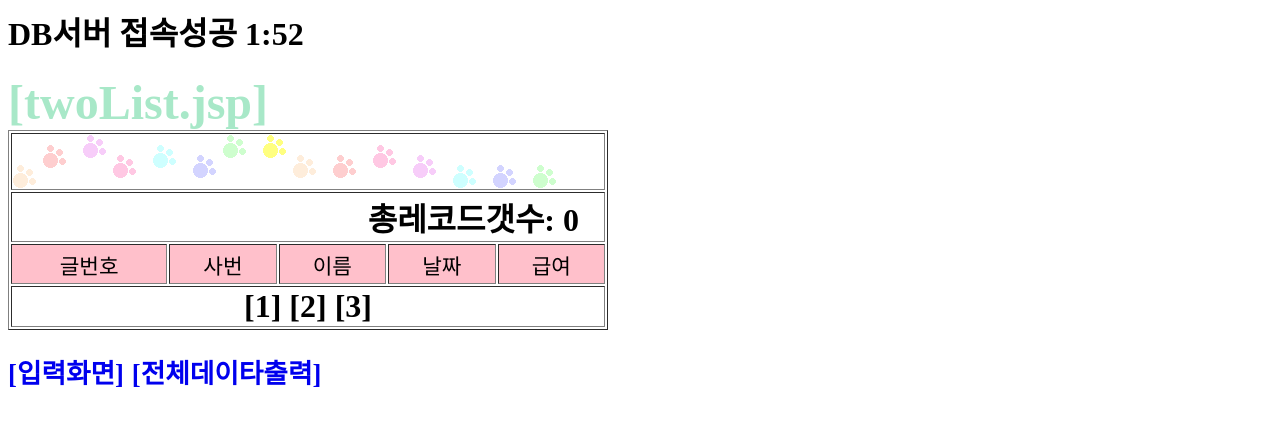
Repository: sorakazae/ITBANK_JSP_101
Page: http://localhost/Web0517/twoList.jsp
These files come from the project's save history. The page is drawn as it stood at one moment and after a run of saves; the edit follows.
The browser window is 1280 px wide. The pictures show the whole page.
The page is served by Tomcat 9. Queries for data that is not in the repository find no rows.

Above is the page before, as saved 2014-06-01 03:40:04.

After the next 4 saves:
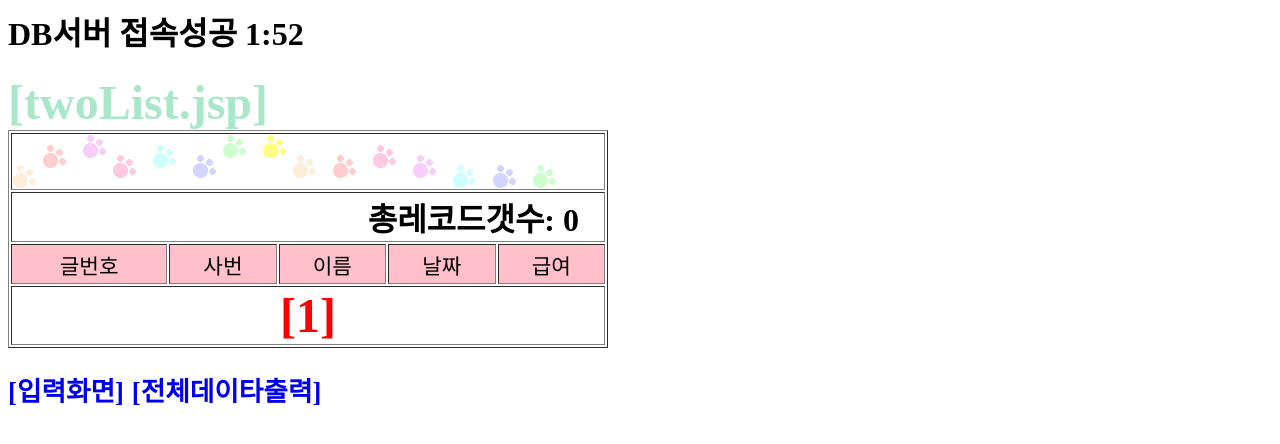
The 4 saves are shown as one change because 3 did not build or start.
The last was saved 53 min 30 s later.
--- a/day8/my/Web0517/WebContent/twoList.jsp
+++ b/day8/my/Web0517/WebContent/twoList.jsp
@@ -16,6 +16,8 @@
 	private int data1;//사번값 데이타값 받을 필드
 	private String data2;//이름 데이타값 받을 필드
 	private int data3;//급여 데이타값 받을 필드
+
+	private int startPage; //페이징구분에 시작페이지
 %>
 
 
@@ -29,6 +31,17 @@
 	}catch(Exception ex){
 		out.println("<h1>접속에러: "+ex.toString()+"</h1>");
 	}
+
+%>
+
+<%
+//06-01-일요일 < a href="twoList.jsp?pageNUM=2"> 이름 </a>
+String pnum=request.getParameter("pageNUM");
+if(pnum==null) pnum="1";
+int pageNUM=Integer.parseInt(pnum); // [2]클릭
+int pagesize=10; // [1][2]~[10]
+int limit=10; // 1~10씩 출력
+
 
 %>
 
@@ -57,6 +70,18 @@
 		   total=RS2.getInt("cnt");
 	   }
    }catch(Exception ex){}
+
+   int pageCount = 0; // 전체레코드 total=74개데이타 => [1][2]~~[8]
+   if(total%pagesize==0) {pageCount=total/pagesize;}
+   else{pageCount=(total/pagesize)+1; }
+
+   int start=(pageNUM-1)*10+1; // [2]페이지선택 시작레코드 = 11 2*10+1
+   int end=pageNUM*10; // [2]페이지선택 끝레코드 = 20 2*10
+   sql = "select * from";
+   sql += "(select rownum as rn, sabun, name, pay from insa)";
+   sql += "where rn between"+ start +" and"+ end;
+
+
  %>
 
   <tr align="right">
@@ -71,9 +96,13 @@
   <font size=7 color="#A8E8C8"><b> [twoList.jsp]</b></font>
  <%
 	try{
-		sql="select rownum as rn, sabun, name, nalja, pay from insa order by sabun";
+		// sql="select rownum as rn, sabun, name, nalja, pay from insa order by sabun"; // sql쿼리문 위쪽에 있음
 		ST=CN.createStatement(); //명령어생성
 		RS=ST.executeQuery(sql); //조회한 결과는 ResultSet=RS기억
+		//06-01 일요일 추가
+		int temp=(pageNUM-1)%10; // [이전] [41][42]~[46]현재위치~[50][다음]
+		startPage=pageNUM-temp; //temp=5, 46-5=41...
+
 		while(RS.next()==true){ // 자바코드에서 html태그 분리
 			Gsabun=RS.getInt("sabun");
 			Gname=RS.getString("name");
@@ -93,9 +122,23 @@
 	}catch(Exception ex){}
  %>
 
- <tr height=40 bgcolor=white align="center">
+  <tr height=40 bgcolor=white align="center">
   	<td colspan=5>
-  		<font size=6> <b> [1] [2] [3] </b></font>
+  		<font size=6> <b>
+ <%
+  for(int i=startPage; i<(startPage+10);i++){ //[41]~[46]~[50]
+	if(i==pageNUM) {
+		out.println("<font size=7 color=red><b>["+i+"]</b></font>");
+		} // [45] 선택시
+	else{
+		out.println("<a href='twoList.jsp?pageNUM="+i+"'>["+i+"]</a>");
+	}
+    if(i>=pageCount)break; // 총레코드 total=74개데이타 [1]~~[8]~~[10]
+  }//for end
+
+ %>
+
+  		</b></font>
   	</td>
   </tr>
 </table>
